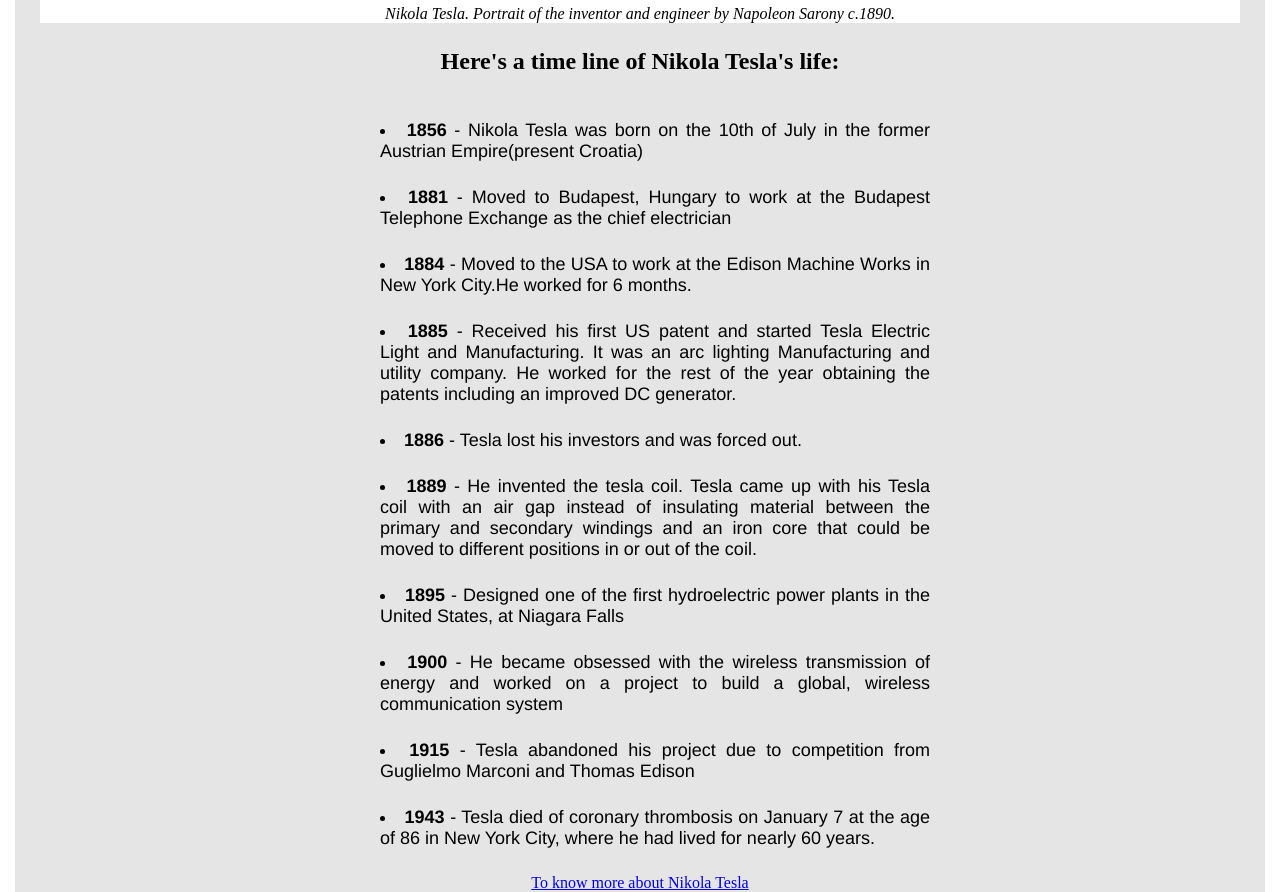
Repository: Avishka217/Tribute-Page
Page: index.html
The author's editor kept a copy of each file at every save. The page is drawn from the files as they stood at one save, then again after a run of saves.
The browser window is 1280 px wide. The pictures show the part of the page from y = 576 to 1498 px (the page is 1468 px tall before and 1498 px after).
A picture or video elsewhere on the page could not be fetched, so the positions and the page height are approximate.

Above is the page before, as saved 2020-03-18 19:57:44.

### index.html
<!DOCTYPE html>
<html>

<head>
    <link rel="stylesheet" href="styles.css">
    <link href="https://fonts.googleapis.com/css?family=Libre+Baskerville&display=swap" rel="stylesheet">
    <title>Nikola Tesla | Tribute Page</title>
</head>

<body>
    <div id="header">
        <script src="https://cdn.freecodecamp.org/testable-projects-fcc/v1/bundle.js"></script>
    </div>
    <main id="main">
        <div id="title-content">
            <h1 id="title">NIKOLA TESLA</h1>
            <p>The genius who lit the world</p>
        </div>
        <div id="main-content">
            <figure id="img-div">
                <center><img id="image" src="https://www.hands-free.co.uk/wp-content/uploads/2018/06/nikola-tesla.jpg">
                </center>
                <figcaption id="img-caption">Nikola Tesla. Portrait of the inventor and engineer by Napoleon Sarony
                    c.1890.</figcaption>
            </figure>

        </div>
        <div id="tribute-info">
            <h2>Here's a time line of Nikola Tesla's life:</h2>

            <ul id="lists">
                <li><b>1856</b> - Nikola Tesla was born on the 10th of July in the former Austrian Empire(present
                    Croatia)</li>
                <li><b>1881</b> - Moved to Budapest, Hungary to work at the Budapest Telephone Exchange as the chief
                    electrician</li>
                <li><b>1884</b> - Moved to the USA to work at the Edison Machine Works in New York City.He worked for 6
                    months.
                </li>
                <li><b>1885</b> - Received his first US patent and started Tesla Electric Light and Manufacturing. It
                    was an arc lighting Manufacturing
                    and utility company. He worked for the rest of the year obtaining the patents including an improved
                    DC generator.</li>
                <li><b>1886</b> - Tesla lost his investors and was forced out.</li>
                <li><b>1889</b> - He invented the tesla coil. Tesla came up with his Tesla coil with an air gap instead
                    of insulating material between the primary and secondary windings and an iron core that could be
                    moved to different positions in or out of the coil.</li>

                <li><b>1895</b> - Designed one of the first hydroelectric power plants in the United States, at Niagara
                    Falls</li>
                <li><b>1900</b> - He became obsessed with the wireless transmission of energy and worked on a project to
                    build a global, wireless communication system</li>
                <li><b>1915</b> - Tesla abandoned his project due to competition from Guglielmo Marconi and Thomas
                    Edison</li>
                <li><b>1943</b> - Tesla died of coronary thrombosis on January 7 at the age of 86 in New York City,
                    where he had lived for nearly 60 years. </li>
            </ul>
            <a id="tribute-link" target="_blank" href="https://en.wikipedia.org/wiki/Nikola_Tesla">To know more about
                Nikola Tesla</a>
        </div>
    </main>

</body>

</html>

### styles.css
body{
  overflow-x: hidden;
  margin: 0 auto;
  width: 100%;
}
#header{
width: 100%;
  background-color:hsl(240, 80%, 8%);
  height: 60px;


}

#main{
  display: block;

  position: absolute;
  right: 0;
  left: 0;
  margin: 0px 15px;
  padding-top: 10px;
  background-color: rgb(0, 0, 0, 0.1);
  text-align: center;

}

#title-content{
  padding-top:  25px;
  text-align: center;
}
#title-content p{
  font-family: Helvetica, sans-serif
}
#main-content{
  padding-top: 30px;
  margin: 25px;
  background-color:white;
}

#title{
  position: relative;
  font-family:'Libre Baskerville', serif;
  font-size: 30px;
  text-align: center;
  margin-top: 15px;;

}


#image{
  display: block;
  max-width: 100%;
  height: auto;
  margin-bottom: 25px;

}
@media(min-width: 525px){
  #image{
    width:400px;
  }
}

#img-caption{
  text-align: center;
  font-style: italic;
}



#tribute-info{

  display: block;
  width: 100%;
  position: relative;
  text-align: center;
  list-style-position: inside;



}

#tribute-info ul{

  font-family: Helvetica;
  font-size: 18px;
  display: block;
  padding-top: 25px;
  padding-right: 10px;;
  width:550px;
  margin: auto;
  text-align: justify;

}
@media(max-width: 800px){
  #tribute-info  ul{
    width:auto;
  }
}
#tribute-info  li{


  margin-bottom: 25px;
}

After the next 3 saves:
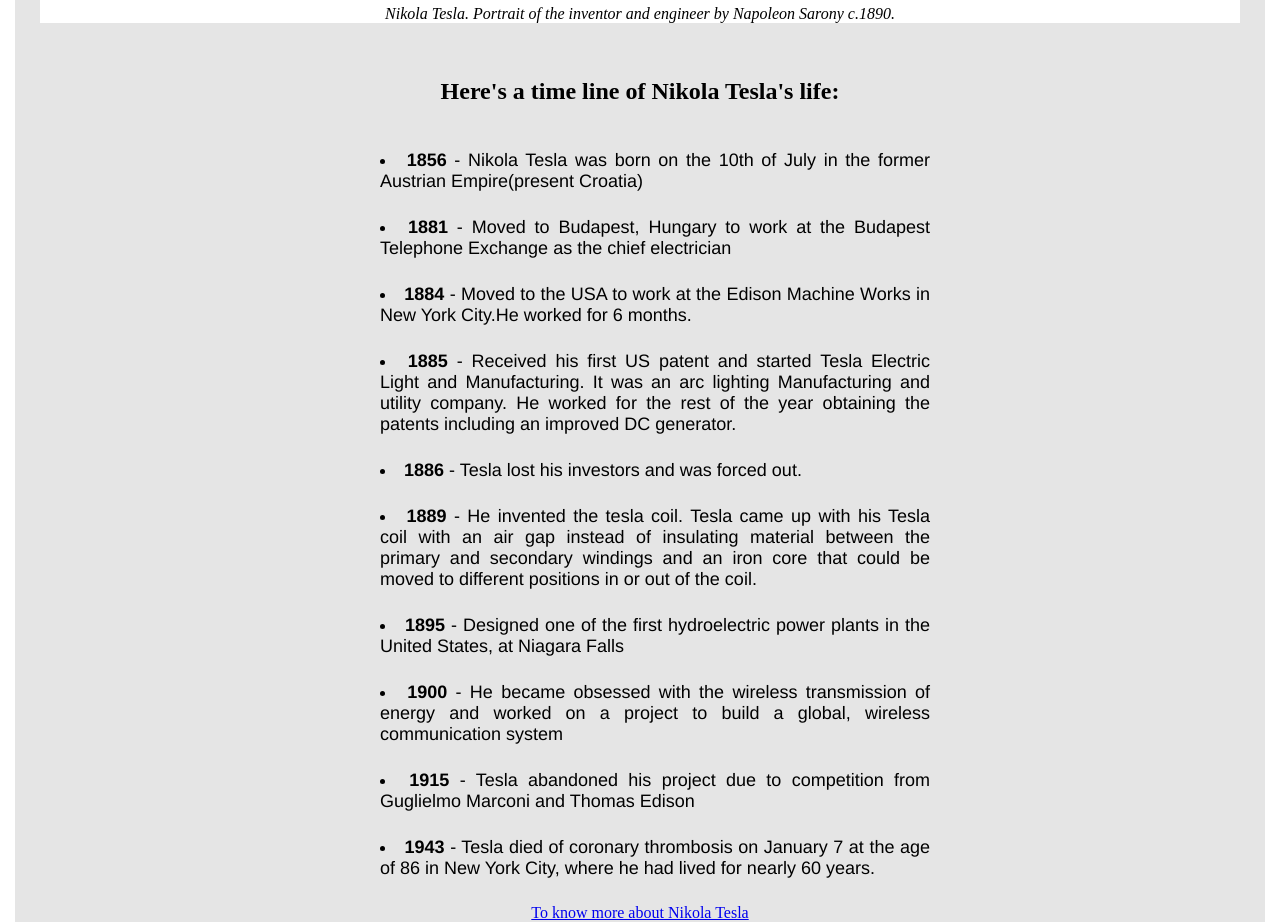
The 3 saves are shown as one change because they came seconds apart.
The last was saved 38 s later.
--- a/styles.css
+++ b/styles.css
@@ -78,7 +78,9 @@
 
 
 }
-
+#tribute-info h2{
+  padding-top: 30px;
+}
 #tribute-info ul{
 
   font-family: Helvetica;
